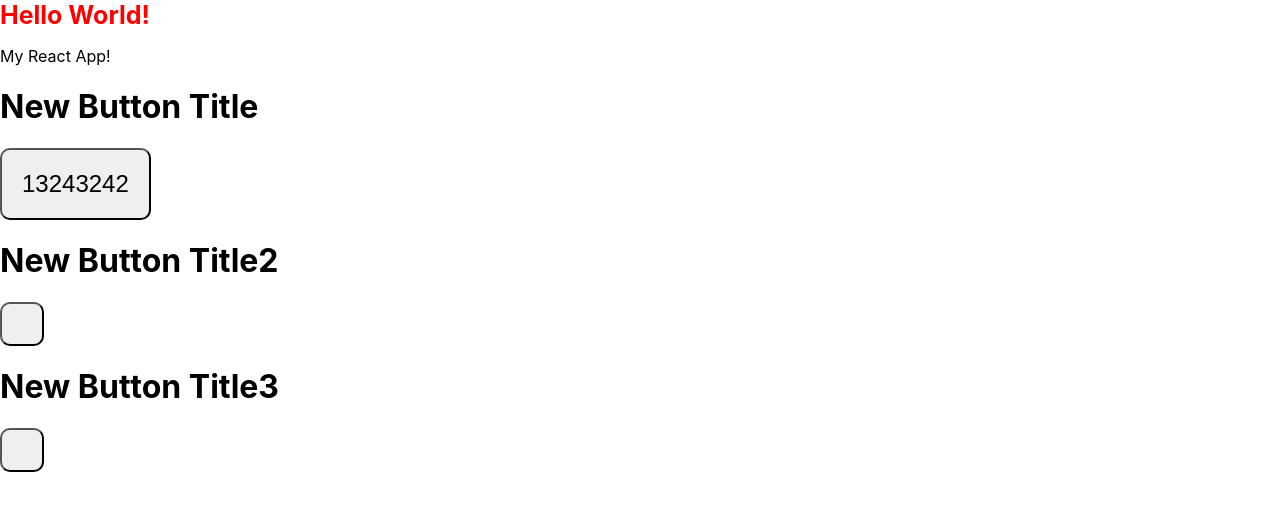
Repository: ruslan-horaiskyi/weatherApp
Page: /
An editor plug-in stored every save of this project. The page is shown before and after a run of saves, followed by the edit.
The browser window is 1280 px wide. The pictures show the whole page.
The project was rebuilt for these pictures with package versions that can differ from the ones it lists, and the page was loaded fresh each time.

Above is the page before, as saved 2023-04-20 16:38:19.

### src/App.jsx
import "./App.css";
import  Button  from './components/Button/Button'
// import Input from './components/Button'

const App = () => {
  console.log("App component");

  return (
    <>
      <div className="custom-h1">Hello World!</div>
      <p>My React App!</p>
      <Button title={'New Button Title'}>13243242</Button>
      <Button title={'New Button Title2'} />
      <Button title={'New Button Title3'} />
    </>
  );
};

export default App;

### src/App.css
.custom-h1 {
  color: red;
  font-size: 25px;
  font-weight: bold;
}

### src/components/Button/Button.jsx
import "./Button.css";

const Button = ({ title, children }) => {
  return (
    <>
      <h1>{title}</h1>
      <button
        className="custom-button"
        onClick={() => {
          console.log("Button clicked!");
        }}
      >
        {children}
      </button>
    </>
  );
};

export default Button;

### src/components/Button/Button.css
.custom-button {
  padding: 20px;
  border-radius: 10px;
  font-size: 24px;
  cursor: pointer;
}

Loaded but not shown: public/index.html (common file); src/index.js (common file); src/index.css (common file)

After the next 2 saves:
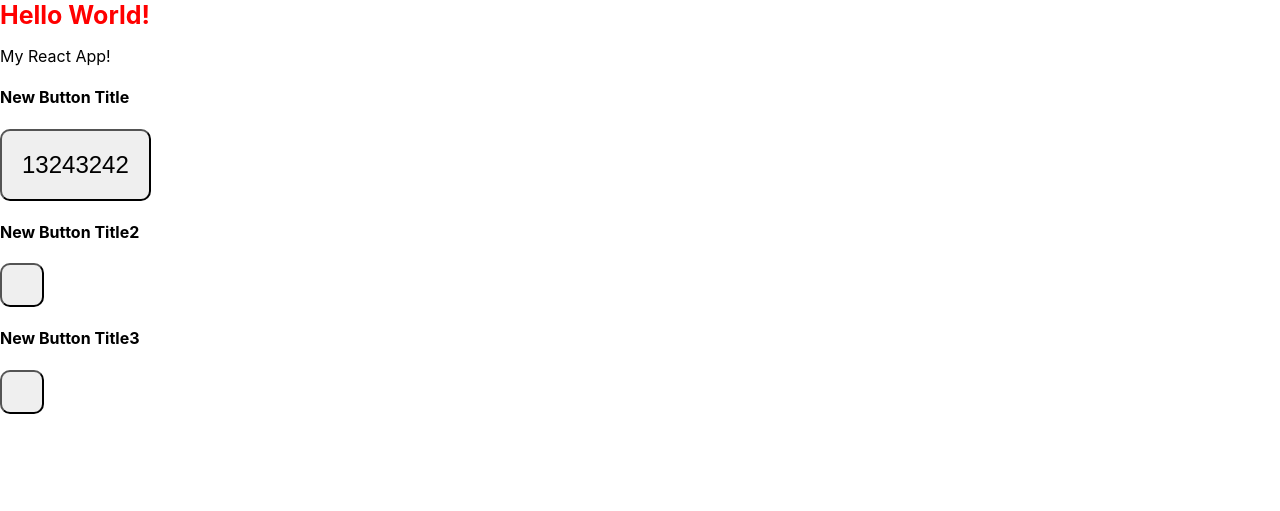
The 2 saves are shown as one change because 1 did not build or start.
The last was saved 11 s later.
--- a/src/components/Button/Button.jsx
+++ b/src/components/Button/Button.jsx
@@ -3,7 +3,7 @@ import "./Button.css";
 const Button = ({ title, children }) => {
   return (
     <>
-      <h1>{title}</h1>
+      <h4>{title}</h4>
       <button
         className="custom-button"
         onClick={() => {
